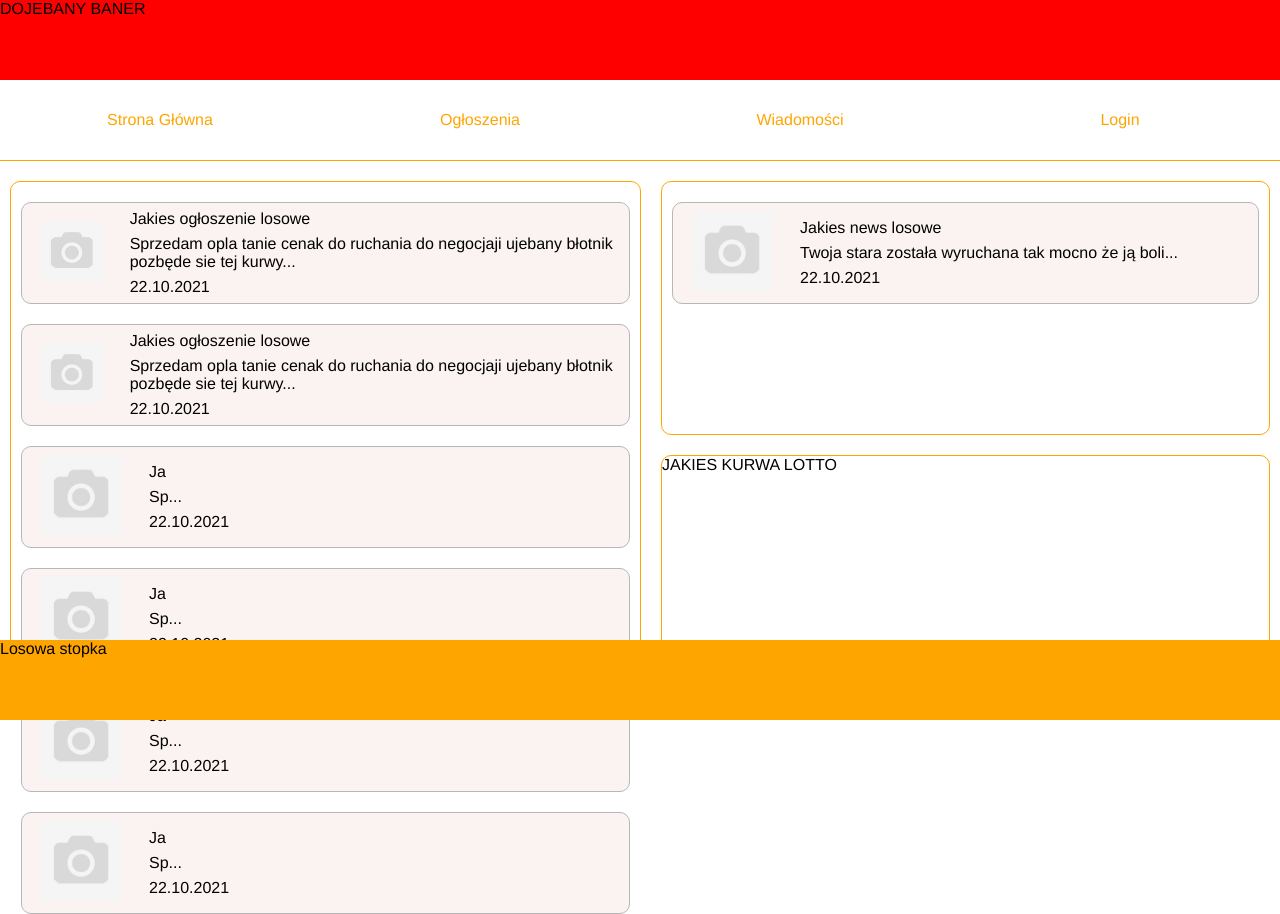
Repository: PatrykStawik/projectppz
Page: /
An editor plug-in stored every save of this project. The page is shown before and after a run of saves, followed by the edit.
The browser window is 1280 px wide. The pictures show the whole page.
An inner scrolling area shows only its first screen. The project was rebuilt for these pictures with package versions that can differ from the ones it lists, and the page was loaded fresh each time. The framework's server and built-in components were replaced by stand-ins that run in the browser.

Above is the page before, as saved 2021-05-26 09:53:13.

### pages/_app.tsx
import React from 'react';
import type { AppProps } from 'next/app';
import { GlobalStyle } from '../styles/globalStyles';
import { Header } from '../components/Header';
import { Footer } from '../components/Footer'

function MyApp({ Component, pageProps }: AppProps) {
  return (
    <>
      <GlobalStyle />
      <Header/>
        <Component {...pageProps} />
      <Footer/>
    </>
  );
}

// eslint-disable-next-line import/no-default-export
export default MyApp;

### pages/_document.tsx
import React from 'react';
import Document, { DocumentContext, DocumentInitialProps } from 'next/document';
import { ServerStyleSheet } from 'styled-components';

class MyDocument extends Document {
  static async getInitialProps(ctx: DocumentContext): Promise<DocumentInitialProps> {
    const sheet = new ServerStyleSheet();
    const originalRenderPage = ctx.renderPage;

    try {
      ctx.renderPage = () =>
        originalRenderPage({
          enhanceApp: App => props => sheet.collectStyles(<App {...props} />),
        });

      const initialProps = await Document.getInitialProps(ctx);
      return {
        ...initialProps,
        styles: (
          <>
            {initialProps.styles}
            {sheet.getStyleElement()}
          </>
        ),
      };
    } finally {
      sheet.seal();
    }
  }
}

// eslint-disable-next-line import/no-default-export
export default MyDocument;

### pages/index.tsx
import React from 'react';
import { IndexPage } from '../components/IndexPage';

const index = () => <IndexPage />;

// eslint-disable-next-line import/no-default-export
export default index;

### styles/globalStyles.ts
import { createGlobalStyle } from 'styled-components';

export const GlobalStyle = createGlobalStyle`
  body {
    margin: 0;
    padding: 0;
    font-family: Open-Sans, Helvetica, Sans-Serif;
  }
`;

### components/IndexPage/index.tsx
export { IndexPage } from './IndexPage';

### components/Header/Header.tsx
import React from 'react';
import styled from 'styled-components';
import { colors } from '../../styles/colors';
import { centerText, setFlex } from '../../styles/functions';
import { NextLink } from '../common/NextLink';

const Wrapper = styled.header`
  .baner {
    height: 80px;
    background-color: ${colors.red};
  }
  .menu {
    ${setFlex('column')}
    height: 80px;
    border-bottom: 1px solid ${colors.orange};
    .menuItem {
      flex: 1;
      height: 100%;
      ${centerText(80)};
      background-color: ${colors.white};
      color: ${colors.orange};
      cursor: pointer;
      transition: .5s all;
      &:hover{
        font-weight: bold;
      }
    }
  }
`;

const data = [
  { title: 'Strona Główna', href: '/' },
  { title: 'Ogłoszenia', href: '/ogloszenia' },
  { title: 'Wiadomości', href: '/wiadomosci' },
  { title: 'Login', href: '/login' },
];

export const Header = () => {
  return (
    <Wrapper>
      <div className="baner">DOJEBANY BANER</div>
      <div className="menu">
        {data.map(({ title, href }) => (
          <NextLink href={href} key={title}>
            <div className="menuItem">{title}</div>
          </NextLink>
        ))}
      </div>
    </Wrapper>
  );
};

### components/Footer/Footer.tsx
import React from 'react';
import styled from 'styled-components';
import { colors } from '../../styles/colors';

const Wrapper = styled.footer`
    height: 80px;
    background-color: ${colors.orange};
    position: absolute;
    width: 100%;
    bottom: 0;
`;

export const Footer = () => {
  return (
    <Wrapper>
      Losowa stopka
    </Wrapper>
  );
};

### components/IndexPage/IndexPage.tsx
import React from 'react';
import styled from 'styled-components';
import { Bar } from '../common/Bar';
import { setFlex } from '../../styles/functions';
import { colors } from '../../styles/colors';

const Wrapper = styled.div`
  ${setFlex()};
  .advertisement {
  }
  .container {
    flex: 1;
    border: 1px solid ${colors.orange};
    border-radius: 10px;
    margin: 20px 10px;
    height: 70vh;
    overflow-x:
  }
  .c{
    flex: 1;
  }
  .news{
    height: 35vh;
  }
  .lotto{
    height: calc(35vh - 20px);
  }
`;

export const IndexPage = () => {
  return (
    <Wrapper>
      <div className="advertisement container">
        <Bar
          title="Jakies ogłoszenie losowe"
          content="Sprzedam opla tanie cenak do ruchania do negocjaji ujebany błotnik pozbęde sie tej kurwy"
          date="22.10.2021"
        />
        <Bar
          title="Jakies ogłoszenie losowe"
          content="Sprzedam opla tanie cenak do ruchania do negocjaji ujebany błotnik pozbęde sie tej kurwy"
          date="22.10.2021"
        />
        <Bar
          title="Ja"
          content="Sp"
          date="22.10.2021"
        />
        <Bar
          title="Ja"
          content="Sp"
          date="22.10.2021"
        />
        <Bar
          title="Ja"
          content="Sp"
          date="22.10.2021"
        />
        <Bar
          title="Ja"
          content="Sp"
          date="22.10.2021"
        />
      </div>
      <div className="c">
        <div className="news container">
          <Bar
            title="Jakies news losowe"
            content="Twoja stara została wyruchana tak mocno że ją boli"
            date="22.10.2021"
          />
        </div>
        <div className="lotto container">JAKIES KURWA LOTTO</div>
      </div>
    </Wrapper>
  );
};

### styles/colors.ts
export const colors = {
  white: "white",
  black: "black",
  red: "red",
  orange: "orange",
  gray: "#b8b7b7",
  pink: "rgba(166,2,2,.05)"
}

### styles/functions.ts
export const centerText = (height: number) => {
  return `text-align: center;
  line-height: ${height}px`
}

export const setFlex = (type: "row" | "column" = "row") => {
  return `display: flex; flex-direction: ${type}`
}

### components/common/NextLink/index.tsx
export { NextLink } from './NextLink';

### components/common/Bar/index.tsx
export { Bar } from './Bar';

### components/common/NextLink/NextLink.tsx
import React from 'react';
import Link from 'next/link';
import styled from 'styled-components';
import { colors } from '../../../styles/colors';

const StyledLink = styled.a`
  color: ${colors.black};
  text-decoration: none;
  width: 100%;
`;

interface Props {
  href: string;
}

export const NextLink: React.FC<Props> = ({ children, href }) => {
  return (
    <Link href={href}>
      <StyledLink>{children}</StyledLink>
    </Link>
  );
};

### components/common/Bar/Bar.tsx
import React from 'react';
import Image from 'next/image';
import styled from 'styled-components';
import { setFlex } from '../../../styles/functions';
import { colors } from '../../../styles/colors';

interface Props {
  title: string;
  content: string;
  date: string;
}

const Wrapper = styled.div`
  height: 100px;
  border: 1px solid ${colors.gray};
  border-radius: 10px;
  margin: 20px 10px;
  background-color: ${colors.pink};
  ${setFlex()};
  align-items: center;
  .img{
    margin-left: 20px;
  }
  .body{
    margin-left: 20px;
    p{
      margin: 7px;
    }
  }
`;

const picture = { src: '/default.jpg', alt: 'picture', width: 80, height: 80 };

export const Bar = ({ title, content, date }: Props) => {
  return (
    <Wrapper>
      <div className="img"><Image {...picture} /></div>
      <div className="body">
        <p>{title}</p>
        <p>{content.slice(0, 100)}...</p>
        <p>{date}</p>
      </div>
    </Wrapper>
  );
};

Loaded but not shown: components/Header/index.tsx (common file); components/Footer/index.tsx (common file)

After the next 2 saves:
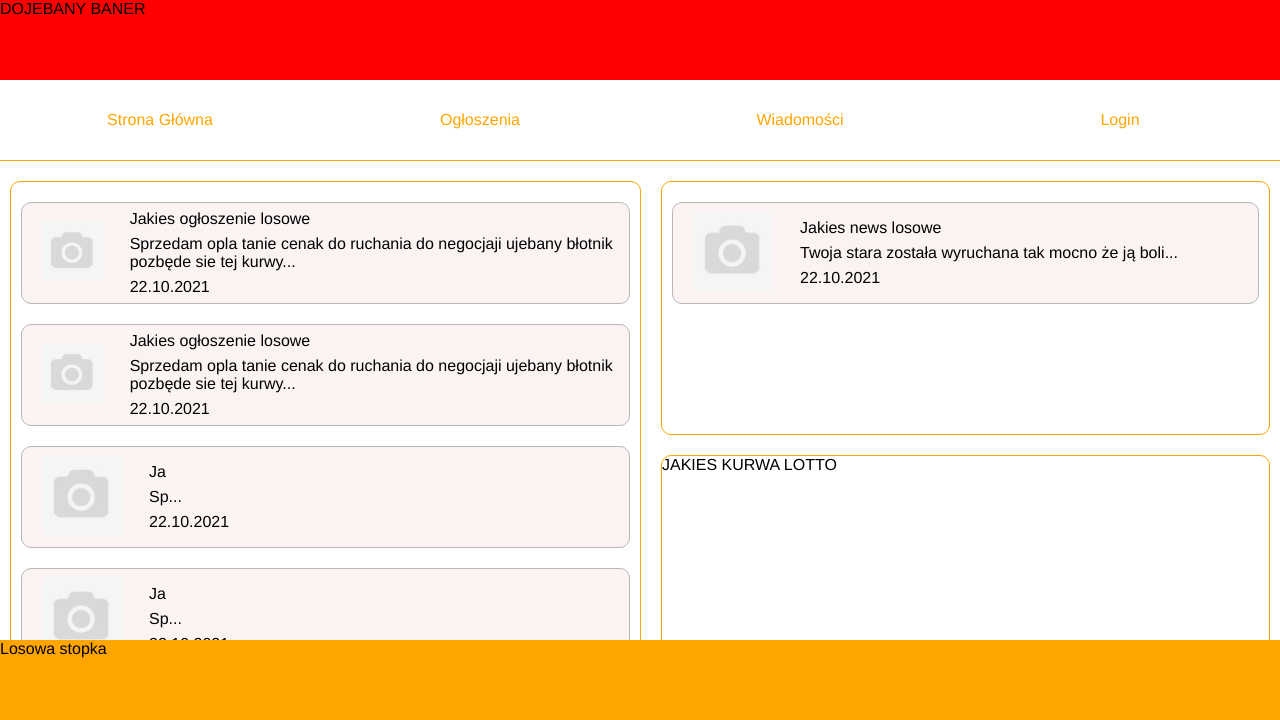
The 2 saves are shown as one change because they came seconds apart.
The last was saved 7 s later.
--- a/components/IndexPage/IndexPage.tsx
+++ b/components/IndexPage/IndexPage.tsx
@@ -14,7 +14,7 @@ const Wrapper = styled.div`
     border-radius: 10px;
     margin: 20px 10px;
     height: 70vh;
-    overflow-x:
+    overflow-x: hidden;
   }
   .c{
     flex: 1;
